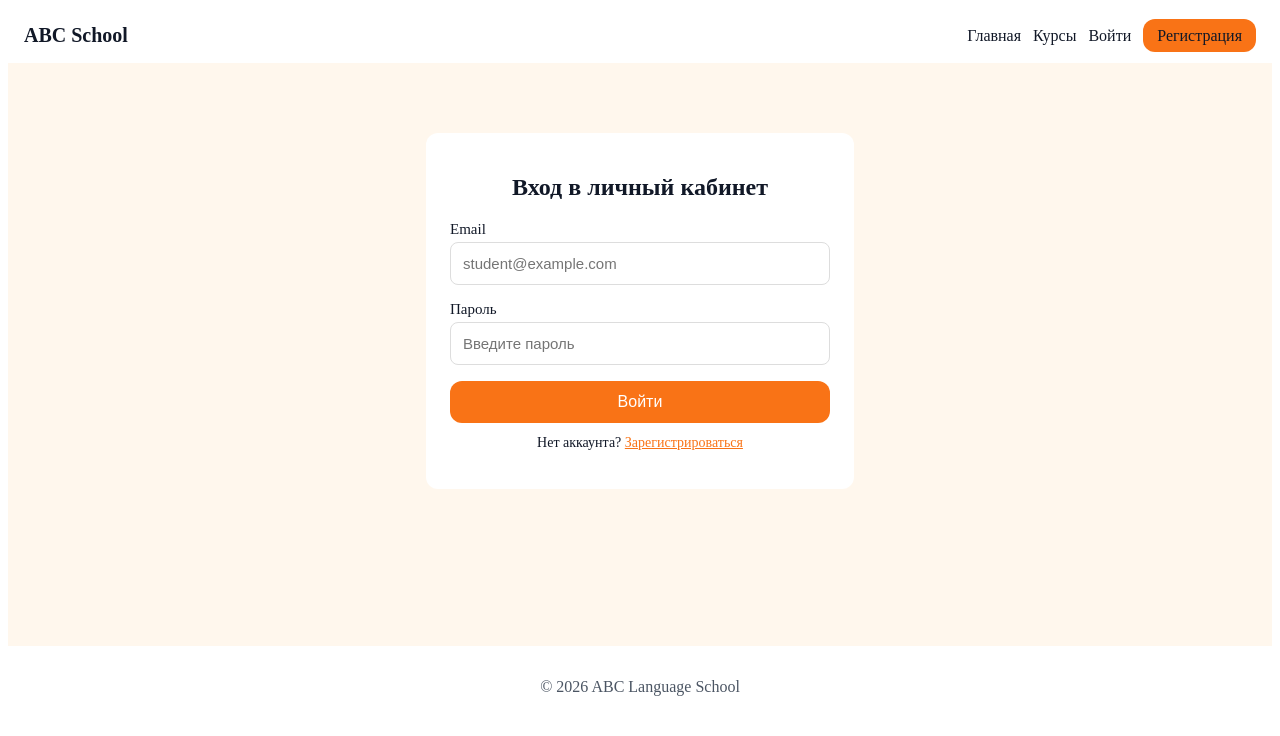
Repository: vidergooold/abc-language-school
Page: /login (app in frontend/)
These files come from the project's save history. The page is drawn as it stood at one moment and after the next save; the edit follows.
The browser window is 1280 px wide. The pictures show the whole page.
The project was rebuilt for these pictures with package versions that can differ from the ones it lists, and the page was loaded fresh each time. Also part of the build but not shown: frontend/vite.config.ts, frontend/src/components/ui/BaseButton.vue, frontend/src/stores/enrollment.ts, frontend/src/components/home/LeadForm.vue, frontend/src/components/home/HeroSection.vue, frontend/src/components/home/StatsBlock.vue, frontend/src/components/home/CoursesPreview.vue, frontend/src/pages/Home.vue and 8 more.

Above is the page before, as saved 2026-01-10 19:08:05.

### frontend/src/main.ts
import { createApp } from 'vue'
import App from './App.vue'
import router from './router'
import './styles/theme.css'

import { createPinia } from 'pinia'

const pinia = createPinia()

createApp(App)
  .use(router)
  .use(pinia)
  .mount('#app')

### frontend/src/App.vue
<template>
  <div class="app">
    <Header />
    <main class="app-main">
      <router-view />
    </main>
    <Footer />
    <ScrollToTop />
  </div>
</template>

<script setup lang="ts">
import Header from './components/layout/Header.vue'
import Footer from './components/layout/Footer.vue'
import ScrollToTop from './components/ui/ScrollToTop.vue'
</script>

<style scoped>
.app {
  min-height: 100vh;
  display: flex;
  flex-direction: column;
  background: var(--bg-main);
  color: var(--text-main);
  font-size: var(--font-size-base);
}

.app-main {
  flex: 1;
  padding: 16px;
}
</style>

### frontend/src/router/index.ts
import { createRouter, createWebHistory } from 'vue-router'

import Home from '@/pages/Home.vue'
import Courses from '@/pages/Courses.vue'
import Login from '@/pages/Login.vue'
import Register from '@/pages/Register.vue'

import AccountLayout from '@/components/layout/AccountLayout.vue'
import Profile from '@/pages/account/Profile.vue'

import { useAuthStore } from '@/stores/auth'

const router = createRouter({
  history: createWebHistory(),
  routes: [
    { path: '/', component: Home },

    // заглушка: можно временно показывать Home
    { path: '/organization', component: Home },
    { path: '/clients', component: Home },
    { path: '/testing', component: Home },
    { path: '/enroll', component: Courses }, // «Стать участником» → к курсам/анкетам
    { path: '/jobs', component: Home },

    { path: '/courses', component: Courses },
    { path: '/login', component: Login },
    { path: '/register', component: Register },

    {
      path: '/account',
      component: AccountLayout,
      meta: { requiresAuth: true },
      children: [
        {
          path: '',
          component: Profile,
        },
      ],
    },
  ],
})

router.beforeEach((to) => {
  const auth = useAuthStore()
  if (to.meta.requiresAuth && !auth.token) {
    return '/login'
  }
})

export default router

### frontend/src/styles/theme.css
:root {
  /* Brand */
  --brand-orange: #F97316;
  --brand-red: #EF4444;
  --brand-yellow: #FACC15;
  --font-size-base: 16px;
  --font-size-title: 28px;

  /* Backgrounds */
  --bg-main: #FFF7ED;
  --bg-white: #ffffff;

  /* Text */
  --text-main: #111827;
  --text-secondary: #4B5563;

  /* UI */
  --border-radius: 12px;
  --transition: 0.2s ease-in-out;
}

### frontend/src/components/layout/Header.vue
<template>
  <header class="header">
    <div class="logo">ABC School</div>
    <nav class="nav">
      <RouterLink to="/">Главная</RouterLink>
      <RouterLink to="/courses">Курсы</RouterLink>
      <RouterLink to="/login">Войти</RouterLink>
      <RouterLink to="/register" class="cta">Регистрация</RouterLink>
    </nav>
  </header>
</template>

<script setup lang="ts">
import { RouterLink } from 'vue-router'
</script>

<style scoped>
.header {
  display: flex;
  justify-content: space-between;
  align-items: center;
  padding: 16px;
  background: var(--bg-white);
}

.logo {
  font-weight: 700;
  font-size: 20px;
}

.nav a {
  margin-left: 12px;
  text-decoration: none;
  color: var(--text-main);
  font-size: 16px;
}

.cta {
  padding: 8px 14px;
  background: var(--brand-orange);
  color: white;
  border-radius: var(--border-radius);
}
</style>

### frontend/src/components/layout/Footer.vue
<template>
  <footer class="footer">
    <p>© 2026 ABC Language School</p>
  </footer>
</template>

<style scoped>
.footer {
  padding: 16px;
  text-align: center;
  color: var(--text-secondary);
  background: var(--bg-white);
}
</style>

### frontend/src/components/ui/ScrollToTop.vue
<template>
  <button
    v-if="visible"
    class="scroll-top"
    @click="scrollToTop"
    aria-label="Наверх"
  >
    ↑
  </button>
</template>

<script setup lang="ts">
import { onMounted, onBeforeUnmount, ref } from 'vue'

const visible = ref(false)

function onScroll() {
  visible.value = window.scrollY > 300
}

function scrollToTop() {
  window.scrollTo({ top: 0, behavior: 'smooth' })
}

onMounted(() => {
  window.addEventListener('scroll', onScroll)
})

onBeforeUnmount(() => {
  window.removeEventListener('scroll', onScroll)
})
</script>

<style scoped>
.scroll-top {
  position: fixed;
  right: 16px;
  bottom: 24px;
  width: 40px;
  height: 40px;
  border-radius: 999px;
  border: none;
  background: var(--brand-orange);
  color: #fff;
  font-size: 22px;
  cursor: pointer;
  box-shadow: 0 4px 10px rgba(0, 0, 0, 0.2);
}
</style>

### frontend/src/pages/Login.vue
<template>
  <main class="login-page">
    <form class="login-form" @submit.prevent="submit">
      <h1 class="login-title">Вход в личный кабинет</h1>

      <div class="field">
        <label>Email</label>
        <input
          v-model="email"
          type="email"
          placeholder="student@example.com"
          required
        />
      </div>

      <div class="field">
        <label>Пароль</label>
        <input
          v-model="password"
          type="password"
          placeholder="Введите пароль"
          required
        />
      </div>

      <button class="login-btn" type="submit">
        Войти
      </button>

      <p v-if="error" class="error">
        {{ error }}
      </p>

      <p class="hint">
        Нет аккаунта?
        <RouterLink to="/register">Зарегистрироваться</RouterLink>
      </p>
    </form>
  </main>
</template>

<script setup lang="ts">
import { ref } from 'vue'
import { useRouter, RouterLink } from 'vue-router'
import { useAuthStore } from '@/stores/auth'

const email = ref('')
const password = ref('')
const error = ref<string | null>(null)

const authStore = useAuthStore()
const router = useRouter()

async function submit() {
  error.value = null

  try {
    await authStore.login(email.value, password.value)
    router.push('/account')
  } catch {
    error.value = 'Неверный email или пароль'
  }
}
</script>

<style scoped>
.login-page {
  min-height: 60vh;
  display: flex;
  align-items: center;
  justify-content: center;
  padding: 16px;
}

.login-form {
  width: 100%;
  max-width: 380px;
  background: var(--bg-white);
  padding: 24px;
  border-radius: var(--border-radius);
}

.login-title {
  font-size: 24px;
  margin-bottom: 20px;
  text-align: center;
}

.field {
  display: flex;
  flex-direction: column;
  margin-bottom: 16px;
}

.field label {
  font-size: 15px;
  margin-bottom: 4px;
}

.field input {
  padding: 12px;
  border-radius: 8px;
  border: 1px solid #ddd;
  font-size: 15px;
}

.login-btn {
  width: 100%;
  padding: 12px;
  background: var(--brand-orange);
  color: #fff;
  border: none;
  border-radius: var(--border-radius);
  font-size: 16px;
  cursor: pointer;
}

.error {
  margin-top: 12px;
  color: var(--brand-red);
  font-size: 14px;
  text-align: center;
}

.hint {
  margin-top: 12px;
  font-size: 14px;
  text-align: center;
}

.hint a {
  color: var(--brand-orange);
}
</style>

### frontend/src/stores/auth.ts
import { defineStore } from 'pinia'
import http from '@/api/http'

export const useAuthStore = defineStore('auth', {
  state: () => ({
    token: localStorage.getItem('token') as string | null,
  }),

  actions: {
    async login(email: string, password: string) {
      const res = await http.post('/auth/login', { email, password })
      this.token = res.data.access_token
      localStorage.setItem('token', this.token!)
    },
    logout() {
      this.token = null
      localStorage.removeItem('token')
    },
  },
})

### frontend/src/api/http.ts
import axios from 'axios'
import { useAuthStore } from '@/stores/auth'

const http = axios.create({
  baseURL: 'http://localhost:8000/api/v1',
  headers: {
    'Content-Type': 'application/json',
  },
})

// автоматически добавляем JWT, если есть
http.interceptors.request.use((config) => {
  const authStore = useAuthStore()
  if (authStore.token) {
    config.headers = config.headers || {}
    config.headers.Authorization = `Bearer ${authStore.token}`
  }
  return config
})

export default http

Loaded but not shown: frontend/index.html (common file)

After the next save:
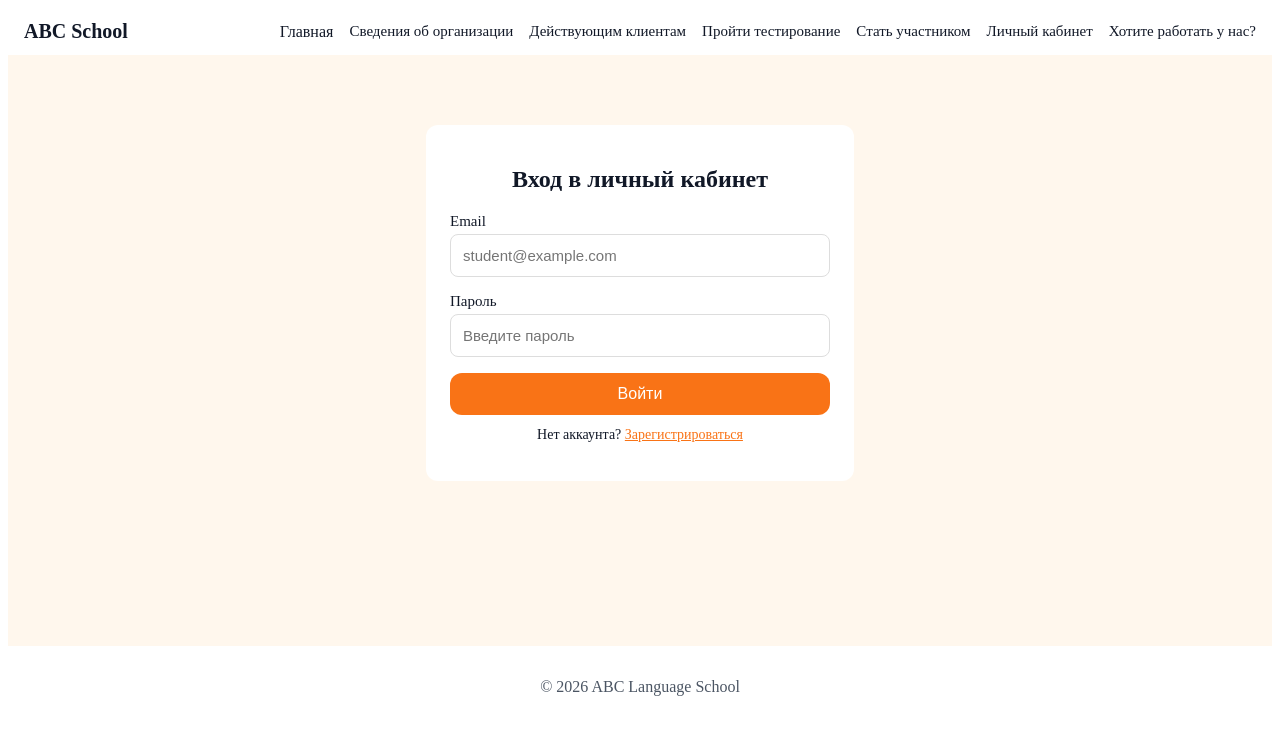
Saved 27 s later.
--- a/frontend/src/components/layout/Header.vue
+++ b/frontend/src/components/layout/Header.vue
@@ -1,11 +1,80 @@
 <template>
   <header class="header">
     <div class="logo">ABC School</div>
+
     <nav class="nav">
       <RouterLink to="/">Главная</RouterLink>
-      <RouterLink to="/courses">Курсы</RouterLink>
-      <RouterLink to="/login">Войти</RouterLink>
-      <RouterLink to="/register" class="cta">Регистрация</RouterLink>
+
+      <!-- Сведения об образовательной организации -->
+      <div class="nav-item nav-dropdown">
+        <span>Сведения об организации</span>
+        <div class="nav-dropdown__menu">
+          <RouterLink to="/organization#main">Основные сведения</RouterLink>
+          <RouterLink to="/organization#structure">
+            Структура и управление
+          </RouterLink>
+          <RouterLink to="/organization#docs">Документы</RouterLink>
+          <RouterLink to="/organization#education">Образование</RouterLink>
+          <RouterLink to="/organization#staff">Педагогический состав</RouterLink>
+          <RouterLink to="/organization#services">
+            Платные образовательные услуги
+          </RouterLink>
+          <RouterLink to="/organization#finance">
+            Финансово-хозяйственная деятельность
+          </RouterLink>
+        </div>
+      </div>
+
+      <!-- Действующим клиентам -->
+      <div class="nav-item nav-dropdown">
+        <span>Действующим клиентам</span>
+        <div class="nav-dropdown__menu">
+          <RouterLink to="/clients#important">Важная информация</RouterLink>
+          <RouterLink to="/clients#holidays">
+            Каникулы и выходные дни
+          </RouterLink>
+          <RouterLink to="/clients#payment">
+            Оплата, перерасчет, возврат
+          </RouterLink>
+          <RouterLink to="/clients#tax">
+            Налоговый вычет
+          </RouterLink>
+        </div>
+      </div>
+
+      <!-- Пройти тестирование -->
+      <div class="nav-item nav-dropdown">
+        <span>Пройти тестирование</span>
+        <div class="nav-dropdown__menu">
+          <RouterLink to="/testing#1-5">1–5 классы</RouterLink>
+          <RouterLink to="/testing#6-8">6–8 классы</RouterLink>
+          <RouterLink to="/testing#9-11">
+            9–11 классы, взрослые
+          </RouterLink>
+        </div>
+      </div>
+
+      <!-- Стать участником -->
+      <div class="nav-item nav-dropdown">
+        <span>Стать участником</span>
+        <div class="nav-dropdown__menu">
+          <RouterLink to="/enroll#child">Анкета школьника</RouterLink>
+          <RouterLink to="/enroll#adult">Анкета взрослого</RouterLink>
+          <RouterLink to="/enroll#preschool">
+            Анкета дошкольника
+          </RouterLink>
+        </div>
+      </div>
+
+      <!-- Личный кабинет -->
+      <RouterLink to="/account" class="nav-item">
+        Личный кабинет
+      </RouterLink>
+
+      <!-- Хотите работать у нас? -->
+      <RouterLink to="/jobs" class="nav-item">
+        Хотите работать у нас?
+      </RouterLink>
     </nav>
   </header>
 </template>
@@ -19,7 +88,7 @@ import { RouterLink } from 'vue-router'
   display: flex;
   justify-content: space-between;
   align-items: center;
-  padding: 16px;
+  padding: 12px 16px;
   background: var(--bg-white);
 }
 
@@ -28,17 +97,50 @@ import { RouterLink } from 'vue-router'
   font-size: 20px;
 }
 
+.nav {
+  display: flex;
+  gap: 16px;
+  align-items: center;
+}
+
+.nav-item {
+  position: relative;
+  font-size: 15px;
+  cursor: pointer;
+  color: var(--text-main);
+}
+
 .nav a {
-  margin-left: 12px;
   text-decoration: none;
   color: var(--text-main);
-  font-size: 16px;
 }
 
-.cta {
-  padding: 8px 14px;
-  background: var(--brand-orange);
-  color: white;
-  border-radius: var(--border-radius);
+/* Выпадающие меню */
+.nav-dropdown:hover .nav-dropdown__menu {
+  display: flex;
+}
+
+.nav-dropdown__menu {
+  display: none;
+  position: absolute;
+  top: 120%;
+  left: 0;
+  flex-direction: column;
+  background: var(--bg-white);
+  padding: 8px 0;
+  border-radius: 8px;
+  box-shadow: 0 6px 18px rgba(0, 0, 0, 0.12);
+  min-width: 220px;
+  z-index: 10;
+}
+
+.nav-dropdown__menu a {
+  padding: 6px 12px;
+  white-space: nowrap;
+  font-size: 14px;
+}
+
+.nav-dropdown__menu a:hover {
+  background: #f3f4f6;
 }
 </style>
